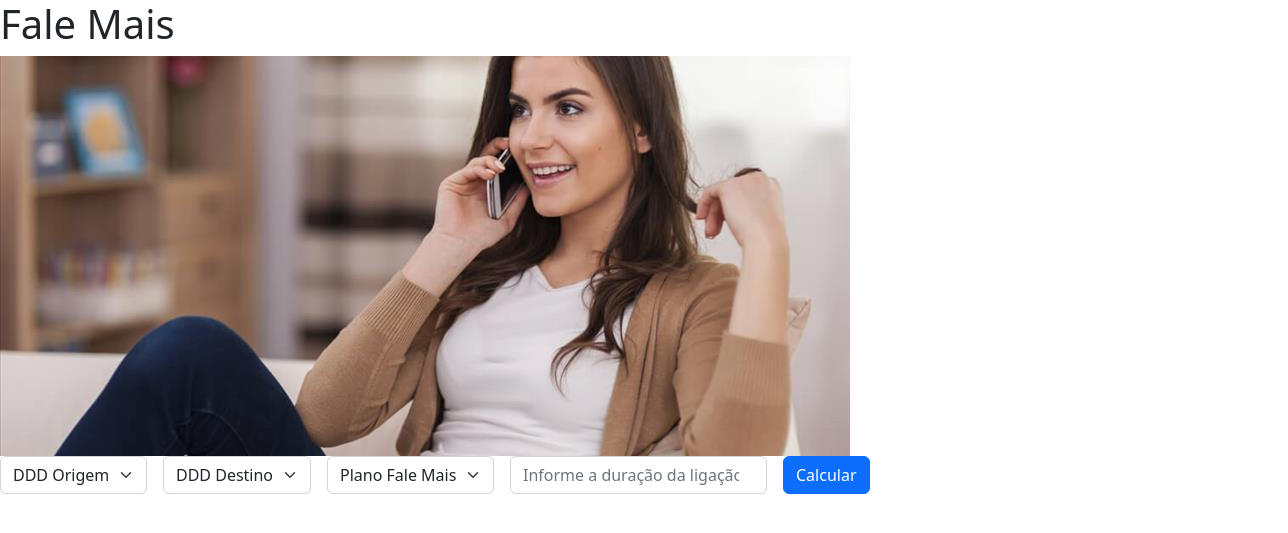
Repository: JuniorMagalhaesDeAlcantara/Fale-Mais
Page: falemais/src/main/resources/templates/index.html
These files come from the project's save history. The page is drawn as it stood at one moment and after the next save; the edit follows.
The browser window is 1280 px wide. The page is 1288 px wide, so the pictures cover 1288 px, including what lies to the right of the window. The pictures show the whole page.

Above is the page before, as saved 2022-08-04 18:46:26.

After the next save:
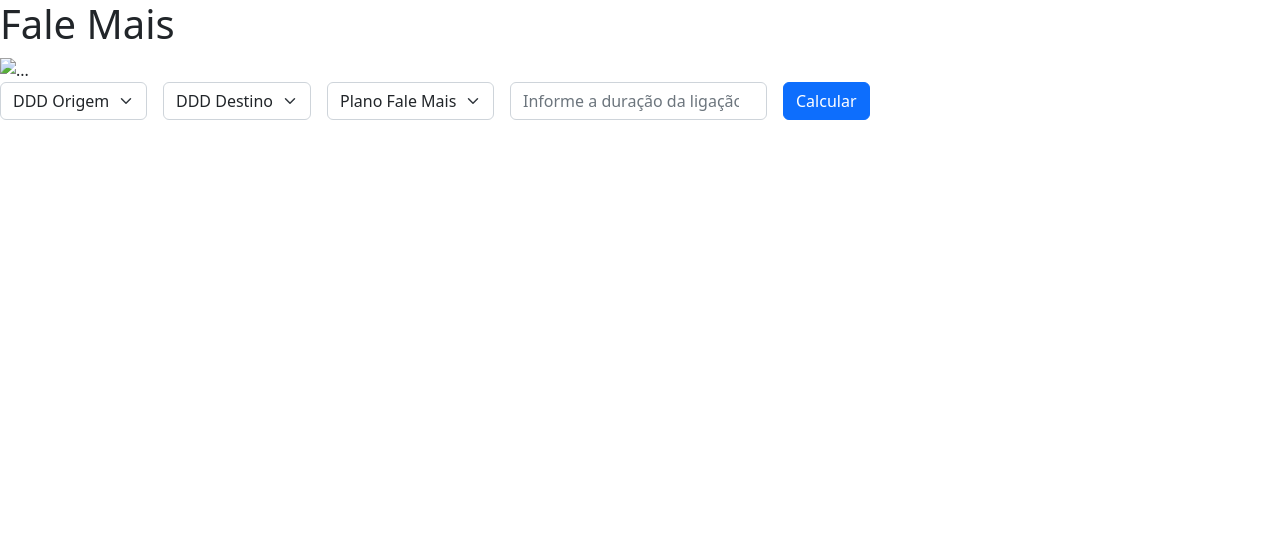
Not found: falemais/src/main/resources/templates/.../src/main/resources/static/img/telefone.jpg
Saved 27 s later.
--- a/falemais/src/main/resources/templates/index.html
+++ b/falemais/src/main/resources/templates/index.html
@@ -11,7 +11,7 @@
     <title>Fale Mais</title>
     <div>
       <h1>Fale Mais</h1>
-    <img src="/src/main/resources/static/img/telefone.jpg" class="img-fluid" alt="...">
+    <img src=".../src/main/resources/static/img/telefone.jpg" class="img-fluid" alt="...">
     </div>
 </head>
 <body>

After the 6 saves that followed:
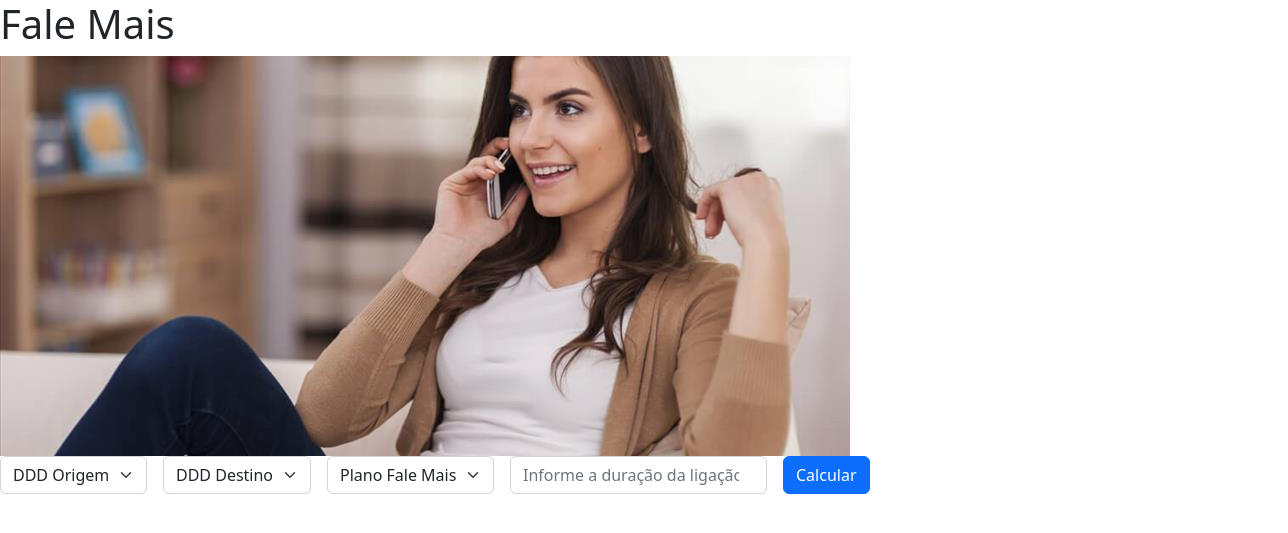
The 6 saves are shown as one change because 5 left the picture as it was.
The last was saved 2 min 10 s later.
--- a/falemais/src/main/resources/templates/index.html
+++ b/falemais/src/main/resources/templates/index.html
@@ -11,7 +11,7 @@
     <title>Fale Mais</title>
     <div>
       <h1>Fale Mais</h1>
-    <img src=".../src/main/resources/static/img/telefone.jpg" class="img-fluid" alt="...">
+    <img src="../static/img/telefone.jpg" class="img-fluid" alt="...">
     </div>
 </head>
 <body>
